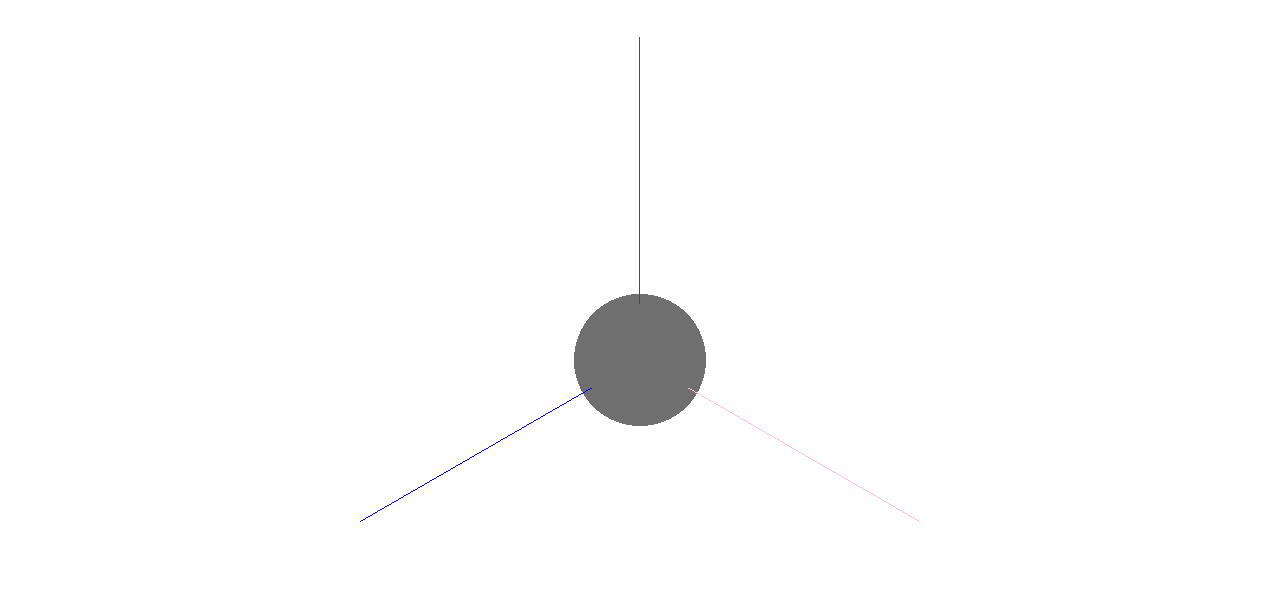
Repository: haoxiangdong/solor_threejs_vue2
Page: /
These files come from the project's save history. The page is drawn as it stood at one moment and after the next save; the edit follows.
The browser window is 1280 px wide. The pictures show the whole page.
The project was rebuilt for these pictures with package versions that can differ from the ones it lists, and the page was loaded fresh each time.

Above is the page before, as saved 2023-02-21 15:30:29.

### src/plugins/axios.js
import Vue from 'vue';
import axios from "axios";

// Full config:  https://github.com/axios/axios#request-config
// axios.defaults.baseURL = process.env.baseURL || process.env.apiUrl || '';
// axios.defaults.headers.common['Authorization'] = AUTH_TOKEN;
// axios.defaults.headers.post['Content-Type'] = 'application/x-www-form-urlencoded';

let config = {
  // baseURL: process.env.baseURL || process.env.apiUrl || ""
  // timeout: 60 * 1000, // Timeout
  // withCredentials: true, // Check cross-site Access-Control
};

const _axios = axios.create(config);

_axios.interceptors.request.use(
  function(config) {
    // Do something before request is sent
    return config;
  },
  function(error) {
    // Do something with request error
    return Promise.reject(error);
  }
);

// Add a response interceptor
_axios.interceptors.response.use(
  function(response) {
    // Do something with response data
    return response;
  },
  function(error) {
    // Do something with response error
    return Promise.reject(error);
  }
);

Plugin.install = function(Vue) {
  Vue.axios = _axios;
  window.axios = _axios;
  Object.defineProperties(Vue.prototype, {
    axios: {
      get() {
        return _axios;
      }
    },
    $axios: {
      get() {
        return _axios;
      }
    },
  });
};

Vue.use(Plugin)

export default Plugin;

### src/App.vue
<template>
  <div id="app">
    <Home></Home>
  </div>
</template>

<script>
import Home from './views/Home.vue'

export default {
  name: 'app',
  components: {
    Home
  }
}
</script>

<style>
#app{
  padding: 0;
  margin: 0;
}
body{
  padding: 0;
  margin: 0;
}
</style>

### src/views/Home.vue
<template>
  <div class="home">
    <ThreeComponent/>
  </div>
</template>

<script>
import ThreeComponent from '@/components/ThreeComponents.vue'

export default {
  name: 'Home',
  components: {
    ThreeComponent
  }
}
</script>
<style>
</style>

### src/components/ThreeComponents.vue
<template>
  <div>
    <div id="container"></div>
  </div>
</template>

<script>
import * as THREE from 'three'
import { OrbitControls } from 'three/examples/jsm/controls/OrbitControls.js'
import earth from '../assets/solar/地球/8k_earth_daymap.jpg'
import sun from '../assets/solar/太阳/8k_sun.jpg'
export default {
  components: {
  },
  data() {
    return {
    }
  },
  mounted() {
    this.init()
  },
  methods: {
    init() {
      this.createScene()
      this.createSunMesh()
      this.createEarthMesh()
      this.createLight()
      this.createCamera()
      this.createRender()
      this.createControls()
      this.creatAxesHelper()
      this.render()

    },
    // 创建场景
    createScene() {
      this.scene = new THREE.Scene()
    },
    createSunMesh() {
      const geometry = new THREE.SphereGeometry(50, 200, 200)
      const texture = new THREE.TextureLoader().load(sun)
      const planeMaterial = new THREE.MeshLambertMaterial({
        map:texture,
      }) // 材质对象Material
      const plane = new THREE.Mesh(geometry, planeMaterial)
      plane.receiveShadow = true
      // 设置位置
      plane.rotation.x = -0.5 * Math.PI
      plane.position.set(0, 0, 0)
      // plane.
      // 平面对象添加到场景中
      this.scene.add(plane)
    },
    createEarthMesh() {
      const geometry = new THREE.SphereGeometry(20, 200, 200)
      const texture = new THREE.TextureLoader().load(earth)
      const planeMaterial = new THREE.MeshLambertMaterial({
        map:texture,
      }) // 材质对象Material
      const plane = new THREE.Mesh(geometry, planeMaterial)
      plane.receiveShadow = true
      // 设置位置
      plane.rotation.x = -0.5 * Math.PI
      plane.position.set(500, 0, 0)
      // plane.
      // 平面对象添加到场景中
      this.scene.add(plane)
    },
    // 创建光源
    createLight() {
      // 环境光
      const ambientLight = new THREE.AmbientLight(0xffffff, 0.8) // 创建环境光
      this.scene.add(ambientLight) // 将环境光添加到场景

      const spotLight = new THREE.SpotLight(0x888888) // 创建聚光灯
      spotLight.position.set(10, 100, 1000)
      this.scene.add(spotLight)
    },
    // 创建相机
    createCamera() {
      const element = document.getElementById('container')
      const width = element.clientWidth // 窗口宽度
      const height = element.clientHeight // 窗口高度
      const k = width / height // 窗口宽高比
      this.camera = new THREE.PerspectiveCamera(35, k, 0.1, 10000)
      this.camera.position.set(500, 500, 500) // 设置相机位置

      this.camera.lookAt(new THREE.Vector3(100, 0, 0)) // 设置相机方向
      this.scene.add(this.camera)
    },
    // 创建渲染器
    createRender() {
      const element = document.getElementById('container')
      this.renderer = new THREE.WebGLRenderer()
      this.renderer.setSize(element.clientWidth, element.clientHeight) // 设置渲染区域尺寸
      this.renderer.shadowMap.enabled = false // 显示阴影
      this.renderer.shadowMap.type = THREE.PCFSoftShadowMap
      this.renderer.setClearColor(0xffffff, 1) // 设置背景颜色
      element.appendChild(this.renderer.domElement)
    },
    creatAxesHelper() {
      const axesHelper = new THREE.AxesHelper(250);
      axesHelper.setColors("pink", "red", "blue")
      this.scene.add(axesHelper);
    },
    render() { //渲染永远在最后执行
      this.renderer.render(this.scene, this.camera)
      requestAnimationFrame(this.render)
    },
    // 创建控件对象
    createControls() {
      this.controls = new OrbitControls(this.camera, this.renderer.domElement) // 控制器固定写法
    }
  }
}
</script>

<style>
#container {
  position: absolute;
  width: 100%;
  height: 100%;
}
</style>

Loaded but not shown: public/index.html (common file); src/main.js (common file); src/router/index.js (common file); src/store/index.js (common file); src/plugins/element.js (common file)

After the next save:
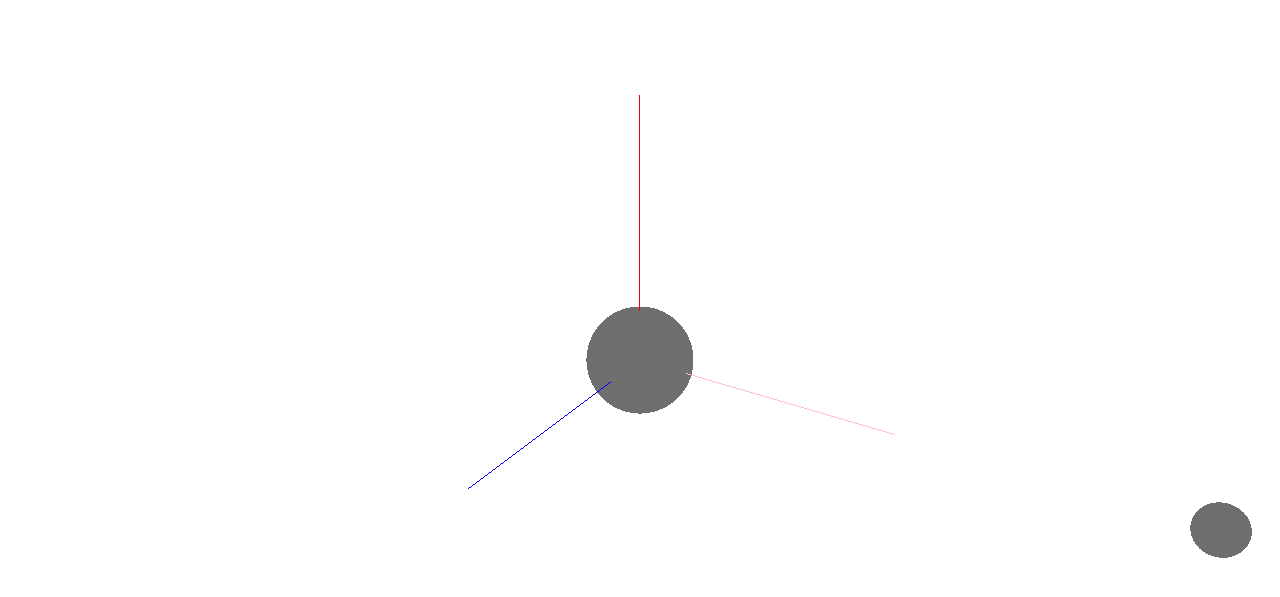
Saved 5 s later.
--- a/src/components/ThreeComponents.vue
+++ b/src/components/ThreeComponents.vue
@@ -83,7 +83,7 @@ export default {
       const height = element.clientHeight // 窗口高度
       const k = width / height // 窗口宽高比
       this.camera = new THREE.PerspectiveCamera(35, k, 0.1, 10000)
-      this.camera.position.set(500, 500, 500) // 设置相机位置
+      this.camera.position.set(500, 500, 800) // 设置相机位置
 
       this.camera.lookAt(new THREE.Vector3(100, 0, 0)) // 设置相机方向
       this.scene.add(this.camera)
